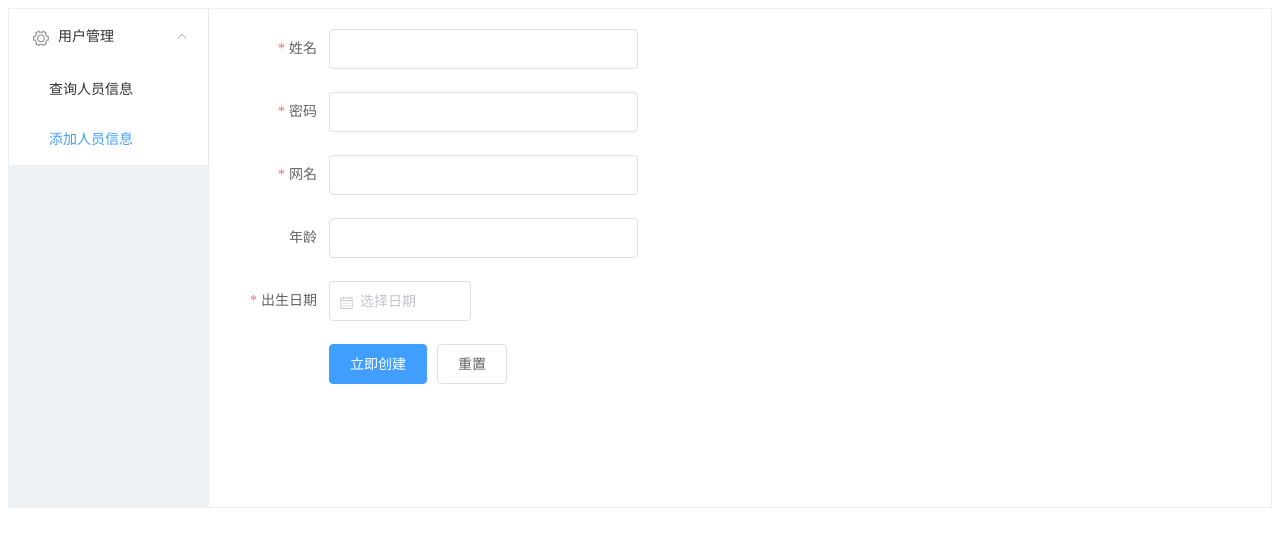
Repository: bigzheng11/-demo
Page: /AddUser
The author's editor kept a copy of each file at every save. The page is drawn from the files as they stood at one save, then again after the next save.
The browser window is 1280 px wide. The pictures show the whole page.
The project was rebuilt for these pictures with package versions that can differ from the ones it lists, and the page was loaded fresh each time. Also part of the build but not shown: vue.config.js, src/views/UserManage.vue, src/views/UserUpdate.vue.

Above is the page before, as saved 2022-07-18 18:46:28.

After the next save:
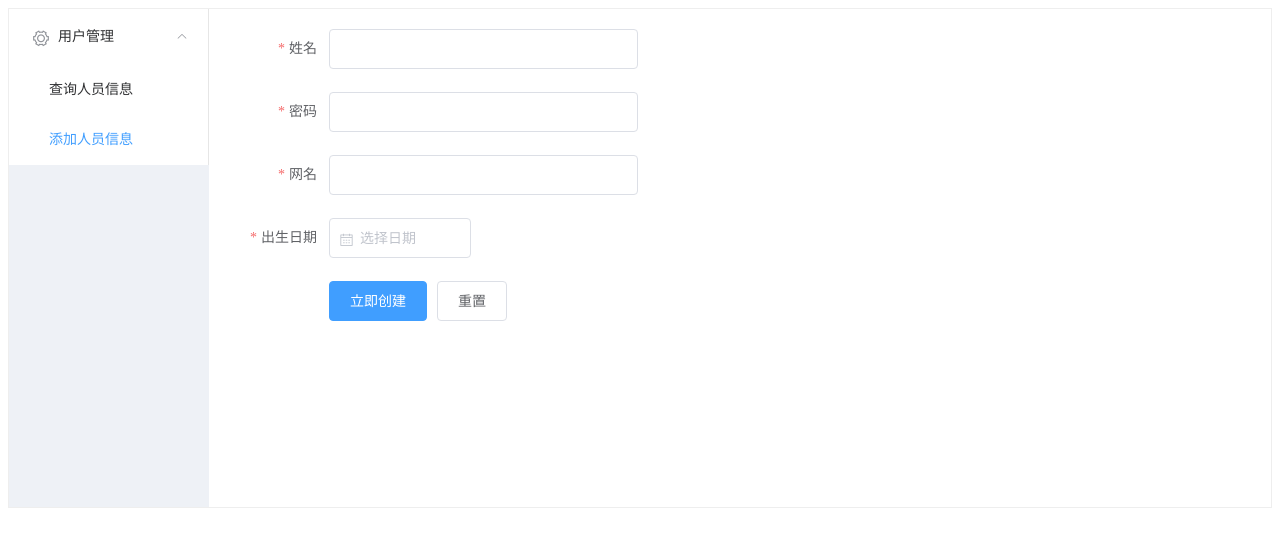
Saved 27 s later.
--- a/src/views/AddUser.vue
+++ b/src/views/AddUser.vue
@@ -13,9 +13,9 @@
     <el-form-item label="网名" prop="nick_name">
     <el-input v-model="ruleForm.nick_name"></el-input>
   </el-form-item>
-      <el-form-item label="年龄" prop="age">
+      <!-- <el-form-item label="年龄" prop="age">
     <el-input v-model="ruleForm.age"></el-input>
-  </el-form-item>
+  </el-form-item> -->
 
   <el-form-item label="出生日期" required>
     <el-col :span="11">
